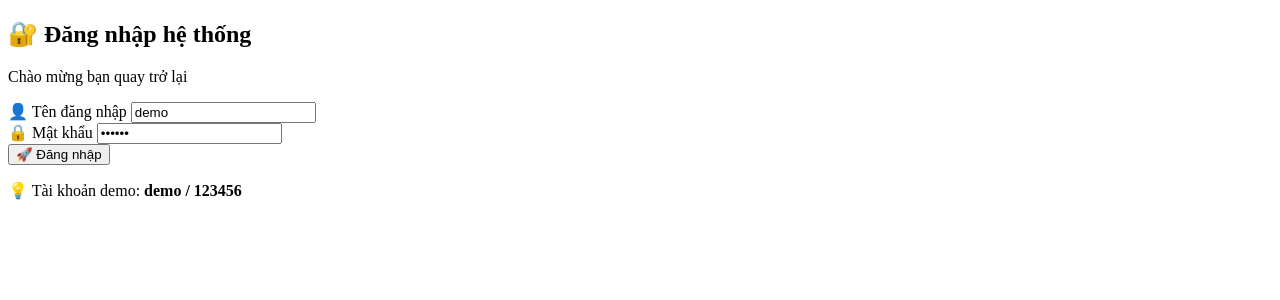
Repository: minhtvpy00202-git/KyThuatPhanMem_PY00202_MinhTV
Page: http://localhost/MiniExpense/login
The author's editor kept a copy of each file at every save. The page is drawn from the files as they stood at one save, then again after the next save.
The browser window is 1280 px wide. The pictures show the whole page.
The page is served by Tomcat 10. Other server files are loaded and not shown.

Above is the page before, as saved 2025-10-17 19:44:49.

### Source code/MiniExpense/src/main/webapp/WEB-INF/views/login.jsp
<%@ page contentType="text/html; charset=UTF-8" %>
<%@ taglib prefix="c" uri="jakarta.tags.core" %>
<!DOCTYPE html>
<html lang="vi">
<head>
  <meta charset="UTF-8">
  <meta name="viewport" content="width=device-width, initial-scale=1.0">
  <title>Đăng nhập - Mini Expense</title>


</head>
<body>
  <div class="login-container">
    <div class="login-form">
      <div class="form-header">
        <h2>🔐 Đăng nhập hệ thống</h2>
        <p>Chào mừng bạn quay trở lại</p>
      </div>

      <c:if test="${not empty error}">
        <div class="alert alert-error">
          ⚠️ ${error}
        </div>
      </c:if>

      <form method="post" action="${pageContext.request.contextPath}/login">
        <div class="form-group">
          <label class="form-label">👤 Tên đăng nhập</label>
          <input type="text" name="username" value="demo" class="form-control" placeholder="Nhập tên đăng nhập..." required>
        </div>

        <div class="form-group">
          <label class="form-label">🔒 Mật khẩu</label>
          <input type="password" name="password" value="123456" class="form-control" placeholder="Nhập mật khẩu..." required>
        </div>

        <button type="submit" class="btn btn-primary" >
          🚀 Đăng nhập
        </button>
      </form>

      <div >
        <p >
          💡 Tài khoản demo: <strong>demo / 123456</strong>
        </p>
      </div>
    </div>
  </div>
</body>
</html>

### Source code/MiniExpense/src/main/java/mini/expense/web/AuthServlet.java
package mini.expense.web;

import jakarta.servlet.annotation.WebServlet;
import jakarta.servlet.http.*;
import jakarta.servlet.*;
import mini.expense.config.DataSourceProvider;
import mini.expense.dao.AuthDAO;
import mini.expense.model.User;
import java.io.IOException;

@WebServlet(urlPatterns = { "/", "/login", "/logout" })
public class AuthServlet extends HttpServlet {
	@Override
	protected void doGet(HttpServletRequest req, HttpServletResponse resp) throws ServletException, IOException {
		String p = req.getServletPath();
		if ("/logout".equals(p)) {
			req.getSession().invalidate();
			resp.sendRedirect(req.getContextPath() + "/login");
			return;
		}
		if ("/".equals(p)) {
			resp.sendRedirect(req.getContextPath() + "/login");
			return;
		}
		req.getRequestDispatcher("/WEB-INF/views/login.jsp").forward(req, resp);
	}

	@Override protected void doPost(HttpServletRequest req, HttpServletResponse resp)
	        throws ServletException, IOException {
	  try {
	    String u=req.getParameter("username"), pw=req.getParameter("password");
	    var user = new AuthDAO(DataSourceProvider.get()).login(u,pw);
	    if (user==null) { req.setAttribute("error","Sai tài khoản/mật khẩu");
	      req.getRequestDispatcher("/WEB-INF/views/login.jsp").forward(req,resp); return; }
	    req.getSession().setAttribute("user", user);
	    resp.sendRedirect(req.getContextPath()+"/home");
	  } catch (Exception ex) {
	    ex.printStackTrace(); // để thấy lỗi thực trên catalina log
	    throw new ServletException(ex);
	  }
	}

}

After the next save:
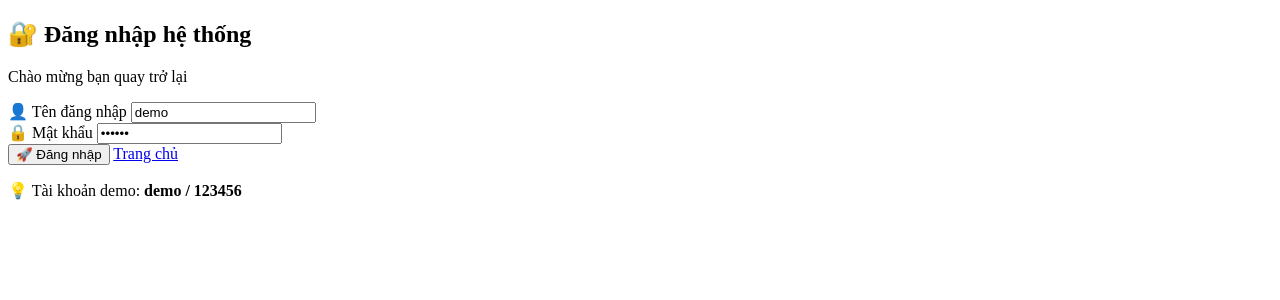
Saved 8 s later.
--- a/Source code/MiniExpense/src/main/webapp/WEB-INF/views/login.jsp
+++ b/Source code/MiniExpense/src/main/webapp/WEB-INF/views/login.jsp
@@ -6,45 +6,42 @@
   <meta charset="UTF-8">
   <meta name="viewport" content="width=device-width, initial-scale=1.0">
   <title>Đăng nhập - Mini Expense</title>
-
-
+  <!-- Nhúng CSS mới -->
+  <link rel="stylesheet" href="${pageContext.request.contextPath}/css/app.css">
 </head>
 <body>
-  <div class="login-container">
-    <div class="login-form">
-      <div class="form-header">
-        <h2>🔐 Đăng nhập hệ thống</h2>
-        <p>Chào mừng bạn quay trở lại</p>
+
+  <div class="login-card">
+    <h2>🔐 Đăng nhập hệ thống</h2>
+    <p class="muted">Chào mừng bạn quay trở lại</p>
+
+    <!-- Thông báo lỗi -->
+    <c:if test="${not empty error}">
+      <div class="flash error">⚠️ ${error}</div>
+    </c:if>
+
+    <!-- Form đăng nhập -->
+    <form method="post" action="${pageContext.request.contextPath}/login">
+      <div class="form-row">
+        <label for="u">👤 Tên đăng nhập</label>
+        <input id="u" type="text" name="username" value="demo" placeholder="Nhập tên đăng nhập..." required>
       </div>
 
-      <c:if test="${not empty error}">
-        <div class="alert alert-error">
-          ⚠️ ${error}
-        </div>
-      </c:if>
+      <div class="form-row">
+        <label for="p">🔒 Mật khẩu</label>
+        <input id="p" type="password" name="password" value="123456" placeholder="Nhập mật khẩu..." required>
+      </div>
 
-      <form method="post" action="${pageContext.request.contextPath}/login">
-        <div class="form-group">
-          <label class="form-label">👤 Tên đăng nhập</label>
-          <input type="text" name="username" value="demo" class="form-control" placeholder="Nhập tên đăng nhập..." required>
-        </div>
+      <div class="form-row">
+        <button type="submit" class="btn">🚀 Đăng nhập</button>
+        <a href="${pageContext.request.contextPath}/" class="btn secondary">Trang chủ</a>
+      </div>
+    </form>
 
-        <div class="form-group">
-          <label class="form-label">🔒 Mật khẩu</label>
-          <input type="password" name="password" value="123456" class="form-control" placeholder="Nhập mật khẩu..." required>
-        </div>
+    <p class="muted mt-16">
+      💡 Tài khoản demo: <strong>demo / 123456</strong>
+    </p>
+  </div>
 
-        <button type="submit" class="btn btn-primary" >
-          🚀 Đăng nhập
-        </button>
-      </form>
-
-      <div >
-        <p >
-          💡 Tài khoản demo: <strong>demo / 123456</strong>
-        </p>
-      </div>
-    </div>
-  </div>
 </body>
 </html>
